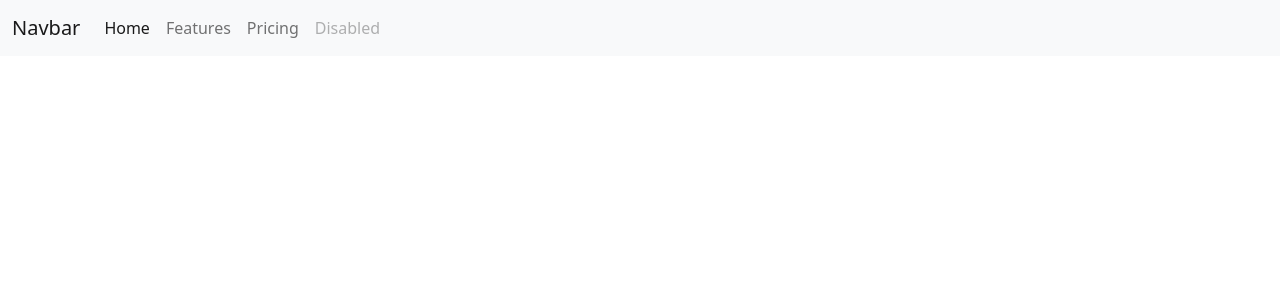
Repository: nazmulalok/landing-page-angelio
Page: index.html
These files come from the project's save history. The page is drawn as it stood at one moment and after the next save; the edit follows.
The browser window is 1280 px wide. The pictures show the whole page.

Above is the page before, as saved 2022-08-28 22:10:49.

After the next save:
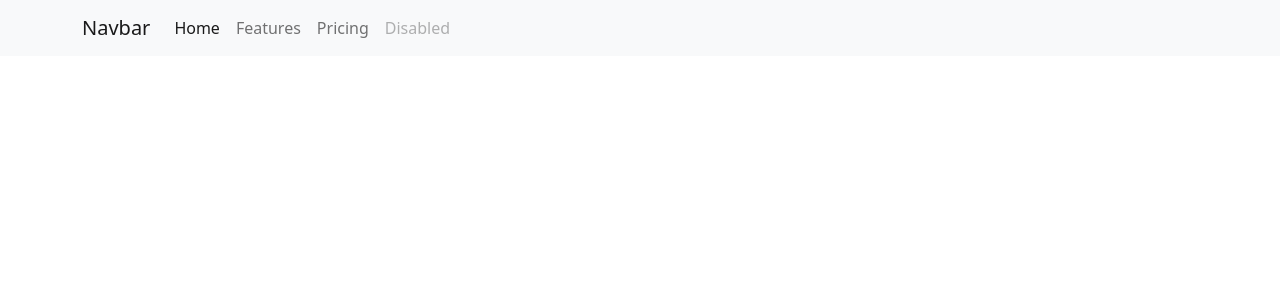
Saved 20 s later.
--- a/index.html
+++ b/index.html
@@ -14,7 +14,7 @@
     <body>
         <header>
             <nav class="navbar navbar-expand-lg bg-light">
-                <div class="container-fluid">
+                <div class="container">
                     <a class="navbar-brand" href="#">Navbar</a>
                     <button class="navbar-toggler" type="button" data-bs-toggle="collapse" data-bs-target="#navbarNav"
                         aria-controls="navbarNav" aria-expanded="false" aria-label="Toggle navigation">
